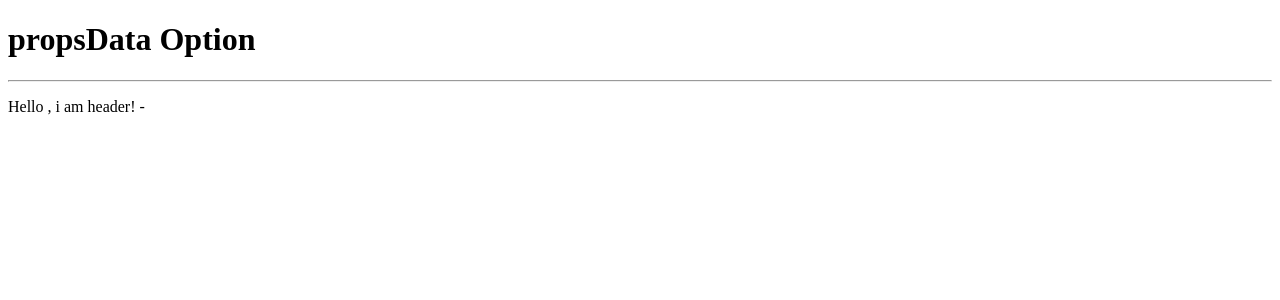
Repository: 13982720426/vue2.0-LearningNotes
Page: example/propsData.html
These files come from the project's save history. The page is drawn as it stood at one moment and after the next save; the edit follows.
The browser window is 1280 px wide. The pictures show the whole page.

Above is the page before, as saved 2021-06-25 19:22:25.

After the next save:
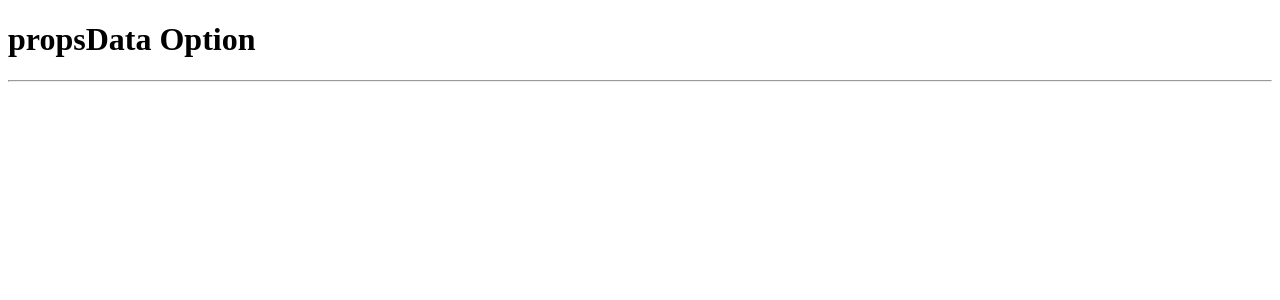
Console error: SyntaxError: missing ) after argument list
Saved 19 s later.
--- a/example/propsData.html
+++ b/example/propsData.html
@@ -21,7 +21,7 @@
         },
         props: ['a'],
       });
-      new header_a().$mount('header');
+      new header_a(propsData:{a:1}).$mount('header');
     </script>
   </body>
 </html>

After the save that followed:
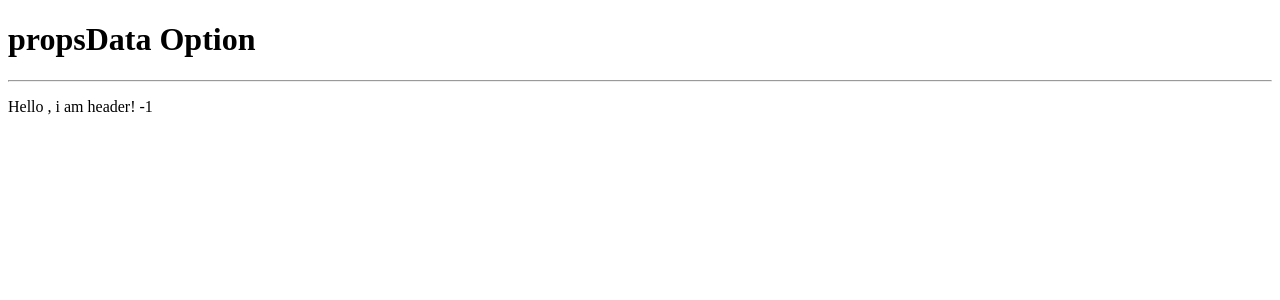
The error is gone.
Saved 15 s later.
--- a/example/propsData.html
+++ b/example/propsData.html
@@ -21,7 +21,7 @@
         },
         props: ['a'],
       });
-      new header_a(propsData:{a:1}).$mount('header');
+      new header_a({ propsData: { a: 1 } }).$mount('header');
     </script>
   </body>
 </html>
